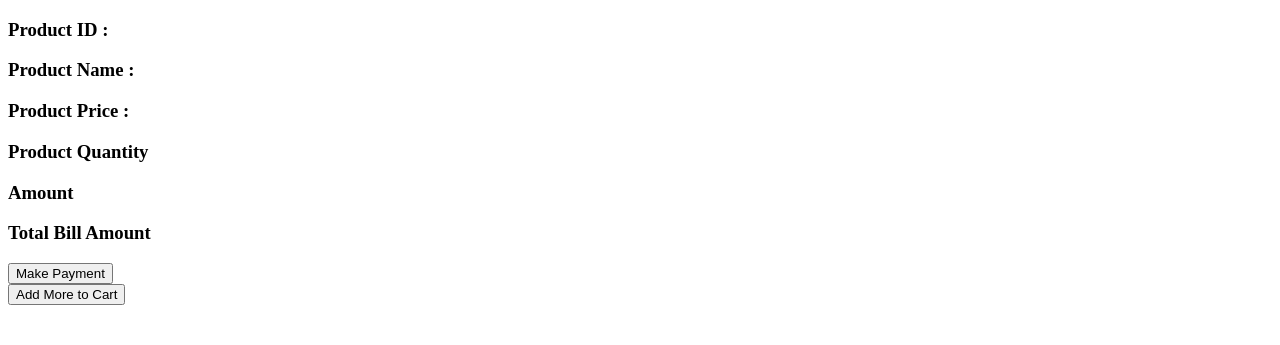
Repository: devgpta19/CDAC-Assignments
Page: http://localhost/ProductsAndUsersUsingJSPAndServlet/showProduct.jsp
An editor plug-in stored every save of this project. The page is shown before and after a run of saves, followed by the edit.
The browser window is 1280 px wide. The pictures show the whole page.
The page is served by Tomcat 9.

Above is the page before, as saved 2025-11-27 13:14:32.

After the next 4 saves:
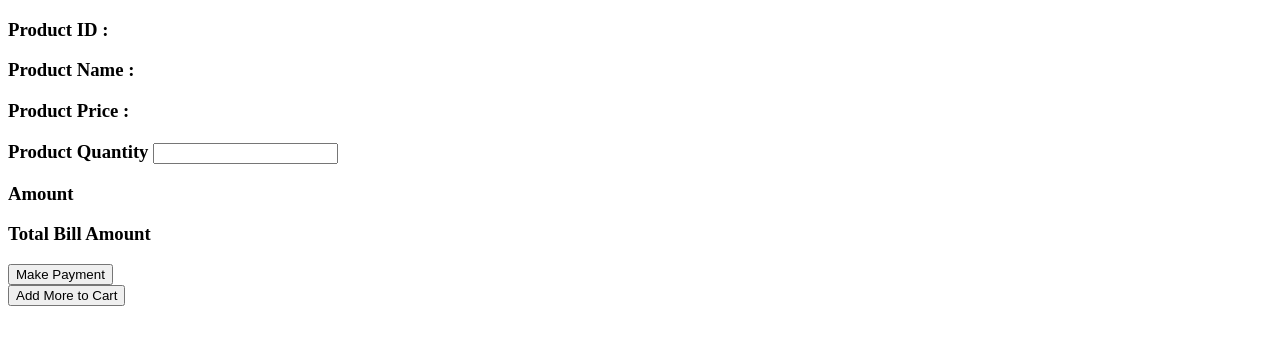
The 4 saves are shown as one change because they came seconds apart.
The last was saved 13 s later.
--- a/Adv.Java/Day6-8/ProductsAndUsersUsingJSPAndServlet/src/main/webapp/showProduct.jsp
+++ b/Adv.Java/Day6-8/ProductsAndUsersUsingJSPAndServlet/src/main/webapp/showProduct.jsp
@@ -15,7 +15,7 @@
 				<h3>Product ID : &nbsp; ${set.pid} </h3>
 				<h3>Product Name : &nbsp; ${set.pname}</h3>
 				<h3>Product Price : &nbsp; ${set.price}</h3>
-				<h3>Product Quantity</h3>
+				<h3>Product Quantity <input  /> </h3>
 				<h3>Amount</h3>
 			</div>
 			<c:forEach var="set" items="${ResultSet}">
